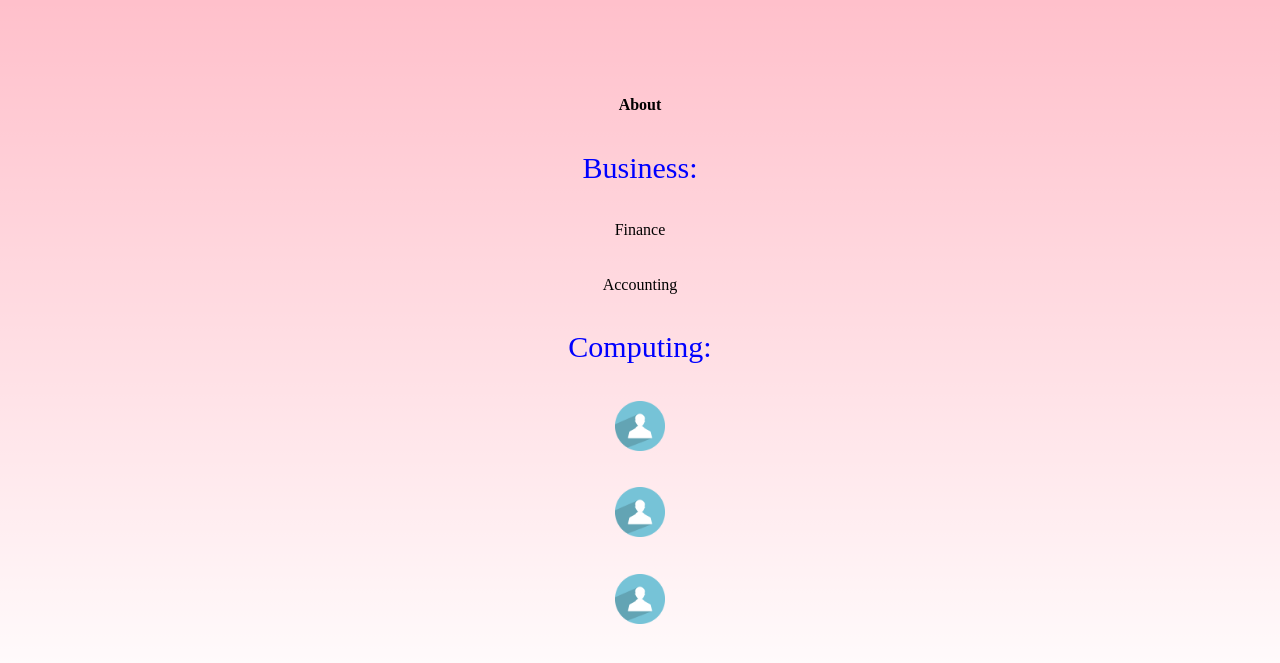
Repository: anoncoderin/madhu-assignment3
Page: /
The author's editor kept a copy of each file at every save. The page is drawn from the files as they stood at one save, then again after the next save.
The browser window is 1280 px wide. The pictures show the whole page.
The project was rebuilt for these pictures with package versions that can differ from the ones it lists, and the page was loaded fresh each time. The framework's server and built-in components were replaced by stand-ins that run in the browser. Also part of the build but not shown: next.config.js.

Above is the page before, as saved 2023-01-21 11:04:12.

After the next save:
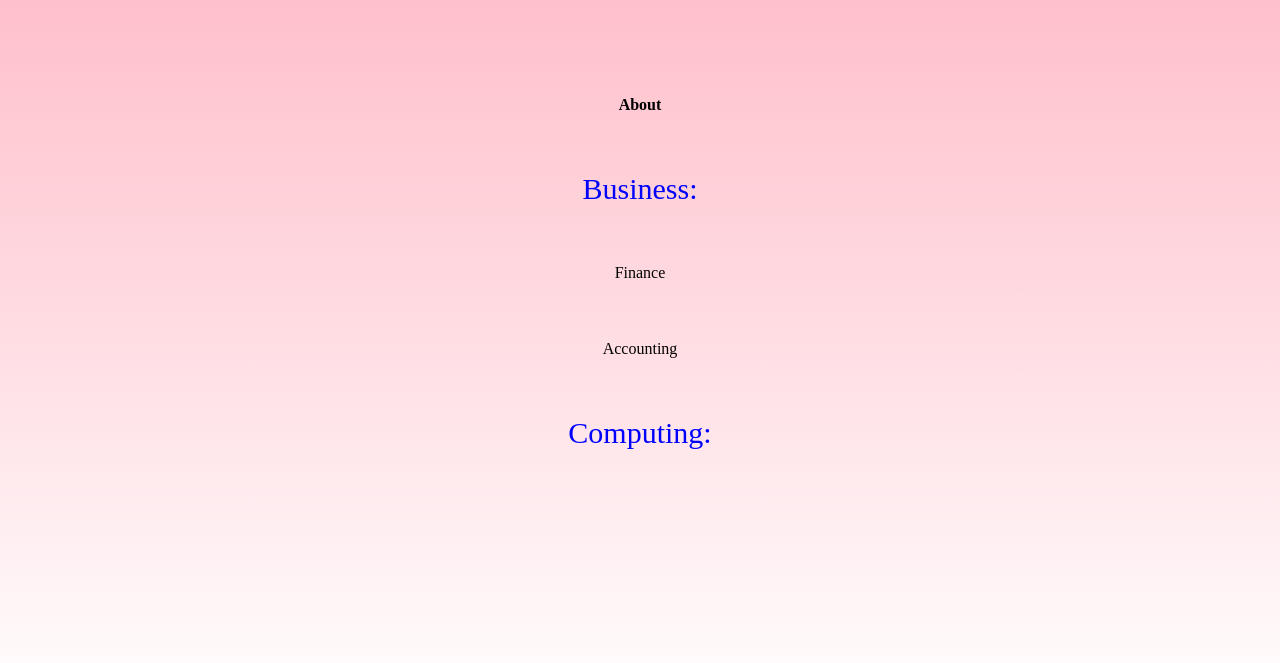
Saved 4 s later.
--- a/components/Card/index.js
+++ b/components/Card/index.js
@@ -8,7 +8,7 @@
 ){
     return(
         <div  style={{backgroundcolor:color, fontSize:font }}>
-            <img src={'icon/person.png'} width="50px"></img>
+
            <p> {degree}
             {degree}</p>
         </div>
